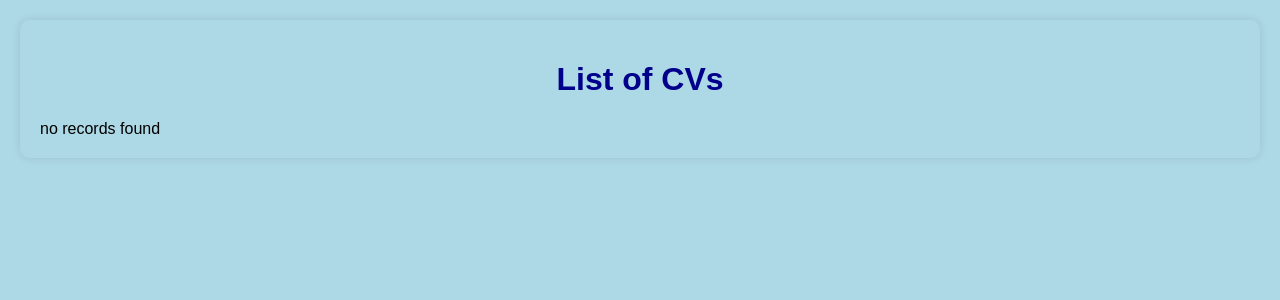
Repository: Arisha004/CV-generator
Page: http://localhost/list.php
The author's editor kept a copy of each file at every save. The page is drawn from the files as they stood at one save, then again after a run of saves.
The browser window is 1280 px wide. The pictures show the whole page.
The page is run by PHP 8.4 with error messages shown; the project is at /var/www/html/. Queries for data that is not in the repository find no rows.

Above is the page before, as saved 2025-10-14 01:00:28.

### list.php
<?php
include 'db.php';
$sql="select * from person";
$result=$conn->query($sql);


?>
<!DOCTYPE html>
<html lang="en">
<head>
    <meta charset="UTF-8">
    <meta name="viewport" content="width=device-width, initial-scale=1.0">
    <title>Document</title>
   <link rel="stylesheet" href="style.css">
   <style>
    </style>
</head>
<body>
    <h1>List of CVs</h1>
    <?php
    if($result->num_rows>0){
echo "<table border='1' cellpadding='10'>";
  echo   "<tr>
    <th>ID</th>
    <th>Name</th>
    <th>Email</th>
    <th>Phone</th>
    <th>Address</th>
    <th>Education</th>
    <th>Experience</th>
    <th>Skills</th>
    </tr>";

while($row=$result->fetch_assoc()){
    echo "<tr>";
    echo "<td>".$row["id"]."</td>";
    echo "<td>".$row["name"]."</td>";
    echo "<td>".$row["email"]."</td>";
    echo "<td>".$row["phone"]."</td>";
    echo "<td>".$row["address"]."</td>";
    echo "<td>".$row["education"]."</td>";
    echo "<td>".$row["experience"]."</td>";
    echo "<td>".$row["skills"]."</td>";
    echo "</tr>";

}
echo "</table>";
    }
    else{
        echo "no records found";
    }

?>
</body>
</html>

### db.php
<?php
$servername = "localhost";
$username = "root";
$password = "";
$dbname = "cv";
$conn= new mysqli($servername, $username, $password, $dbname);
if($conn->connect_error){
    die("". $conn->connect_error);
}

?>

### style.css

body{
    background-color: lightblue;
    font-family: Arial, sans-serif;
    margin: 20px;
    padding: 20px;
    border-radius: 10px;
    box-shadow: 0 0 10px rgba(0, 0,0, 0.1);

}
h1{
    color: darkblue;
    text-align: center;
}
p{
    font-size: 16px;
    line-height: 1.5;
    color: #333;
}
a{
    color: darkblue;
    text-decoration: none;
}
a:hover{
    text-decoration: underline;
}
button{
    background-color: darkblue;
    color: white;
    border: none;
    padding: 10px 20px;
    border-radius: 5px;
    cursor: pointer;
}
button:hover{
    background-color: navy;
}
input[type="text"], input[type="email"], textarea,input[type="tel"]{
    width: 100%;
    padding: 10px;
    margin: 10px 0;
    border: 1px solid #ccc;
    border-radius: 5px;
    box-sizing: border-box;
}
input[type="submit"]{
    background-color: darkblue;
    color: white;
    border: none;
    padding: 10px 20px;
    border-radius: 5px;
    cursor: pointer;
}
  table, th, td{
            border: 1px solid black;
            border-collapse: collapse;
        }
        th, td{
            padding: 10px;
        }

form{
    max-width: 600px;
    margin: auto;
}
label{
    font-weight: bold;
}
.container{
    max-width: 800px;
    margin: auto;
    padding: 20px;
    background-color: white;
    border-radius: 10px;
    box-shadow: 0 0 10px rgba(0, 0, 0, 0.1);
}
button a{
    color: white;

}

After the next 4 saves:
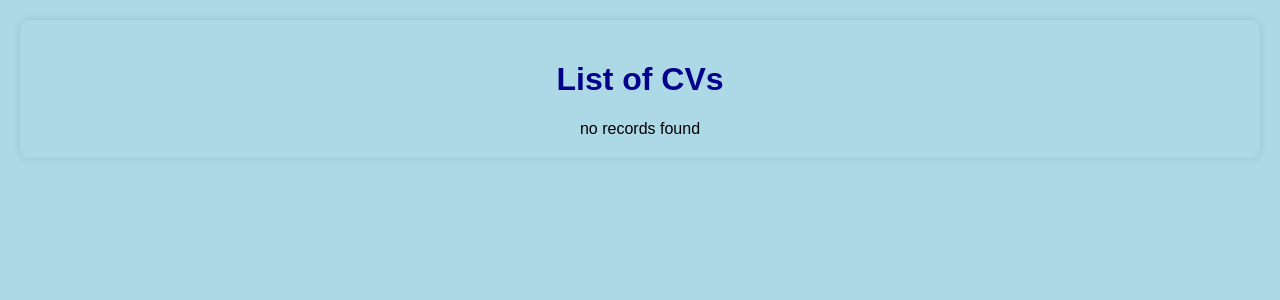
The 4 saves are shown as one change because they came seconds apart.
The last was saved 11 s later.
--- a/list.php
+++ b/list.php
@@ -13,6 +13,11 @@ $result=$conn->query($sql);
     <title>Document</title>
    <link rel="stylesheet" href="style.css">
    <style>
+    body{
+        align-items: center;
+        text-align: center;
+
+    }
     </style>
 </head>
 <body>
